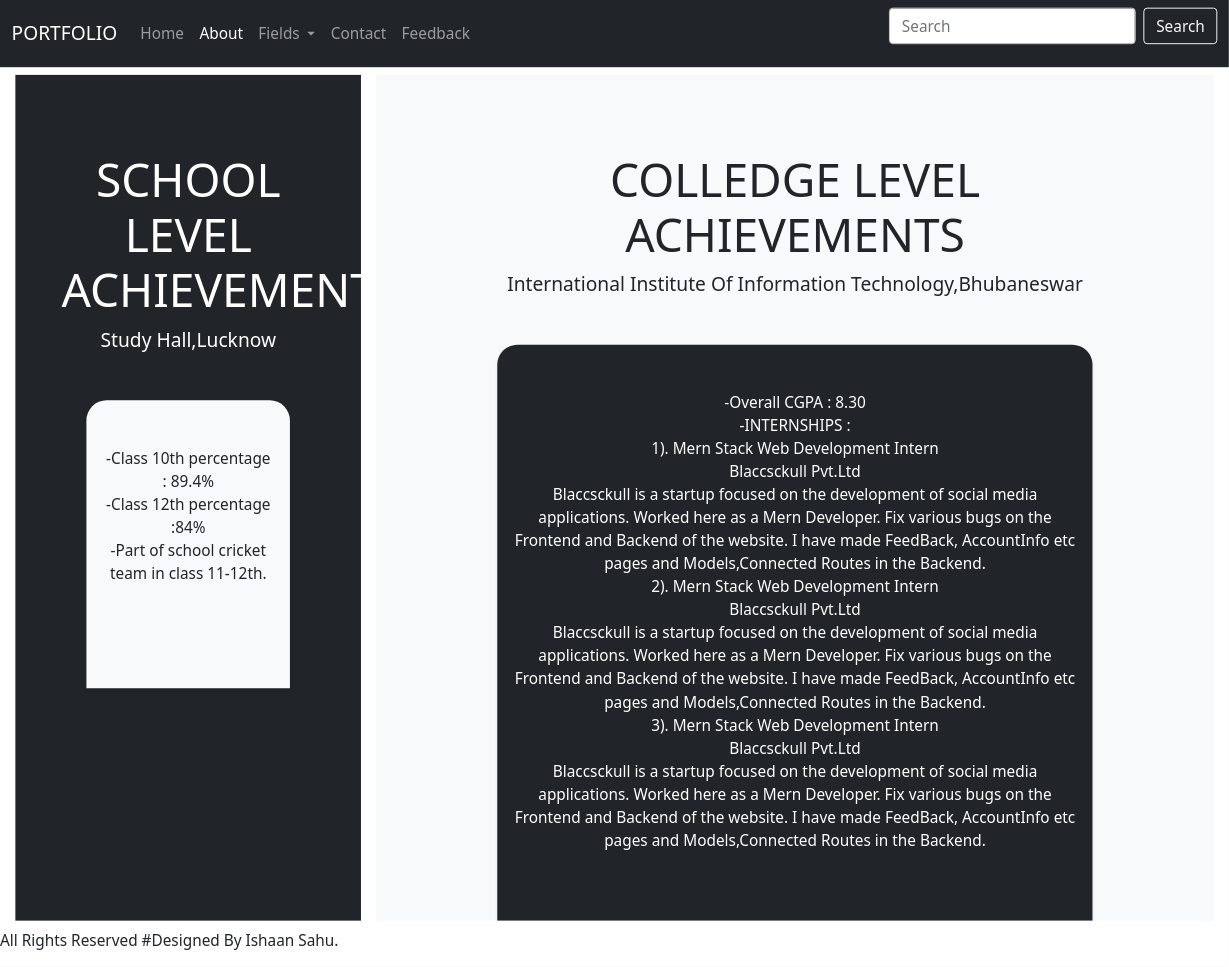
Repository: ishaan51551/Ishaan-s-Portfolio-
Page: about.html
The author's editor kept a copy of each file at every save. The page is drawn from the files as they stood at one save, then again after the next save.
The browser window is 1280 px wide. The pictures show the whole page, at 96% of full size.

Above is the page before, as saved 2023-09-13 16:08:29.

### about.html
</body>

</html>

<!doctype html>
<html lang="en">

<head>
  <!-- Required meta tags -->
  <meta charset="utf-8">
  <meta name="viewport" content="width=device-width, initial-scale=1">

  <!-- Bootstrap CSS -->
  <link href="https://cdn.jsdelivr.net/npm/bootstrap@5.1.1/dist/css/bootstrap.min.css" rel="stylesheet"
    integrity="sha384-F3w7mX95PdgyTmZZMECAngseQB83DfGTowi0iMjiWaeVhAn4FJkqJByhZMI3AhiU" crossorigin="anonymous">

  <title>Ishaan Sahu Portfolio</title>
</head>

<body>


  <!-- NAVBAR -->
  <nav class="navbar navbar-expand-lg navbar-dark bg-dark">
    <div class="container-fluid">
      <a class="navbar-brand" href="#">PORTFOLIO </a>
      <button class="navbar-toggler" type="button" data-bs-toggle="collapse" data-bs-target="#navbarSupportedContent"
        aria-controls="navbarSupportedContent" aria-expanded="false" aria-label="Toggle navigation">
        <span class="navbar-toggler-icon"></span>
      </button>
      <div class="collapse navbar-collapse" id="navbarSupportedContent">
        <ul class="navbar-nav me-auto mb-2 mb-lg-0">
          <li class="nav-item">
            <a class="nav-link " aria-current="page" href="index.html">Home</a>
          </li>
          <li class="nav-item">
            <a class="nav-link active" href="/about.html">About</a>
          </li>
          <li class="nav-item dropdown">
            <a class="nav-link dropdown-toggle" href="#" id="navbarDropdown" role="button" data-bs-toggle="dropdown"
              aria-expanded="false">
              Fields
            </a>
            <ul class="dropdown-menu" aria-labelledby="navbarDropdown">
              <li><a class="dropdown-item" href="programming.html">Programming</a></li>
              <li><a class="dropdown-item" href="webdev.html">Web Devlopment</a></li>
              <li>
                <hr class="dropdown-divider">
              </li>
              <li><a class="dropdown-item" href="extracurricular.html">Extra Curricular</a></li>
            </ul>
          </li>
          <li class="nav-item">
            <a class="nav-link " aria-current="page" href="contact.html">Contact</a>
          </li>

          <li class="nav-item">
            <a class="nav-link" href="feedback.html">Feedback</a>

          </li>

        </ul>
        <form class="d-flex">
          <input class="form-control me-2" type="search" placeholder="Search" aria-label="Search">
          <button class="btn btn-outline-light" type="submit">Search</button>

        </form>
      </div>
    </div>
  </nav>

  <!-- Optional JavaScript; choose one of the two! -->

  <!-- Option 1: Bootstrap Bundle with Popper -->
  <script src="https://cdn.jsdelivr.net/npm/bootstrap@5.1.1/dist/js/bootstrap.bundle.min.js"
    integrity="sha384-/bQdsTh/da6pkI1MST/rWKFNjaCP5gBSY4sEBT38Q/9RBh9AH40zEOg7Hlq2THRZ"
    crossorigin="anonymous"></script>



  <!-- boxes -->
  <div class="d-md-flex flex-md-equal w-100my-md-3 ps-md-3 my-2 justify-content-center align item center">
    <div class="bg-dark me-md-3 pt-3 px-3 pt-md-5 px-md-5 text-center text-white overflow-hidden">
      <div class="my-3 py-3 ">
        <h2 class="display-5">SCHOOL LEVEL ACHIEVEMENTS</h2>
        <p class="lead">Study Hall,Lucknow</p>
      </div>
      <div class="bg-light shadow-sm mx-auto" style="width: 80%; height: 300px; border-radius: 21px 21px 0 0;">
        <p class="dance text-dark overfow-hidden text-center px-3 py-5">-Class 10th percentage : 89.4%</br>
          -Class 12th percentage :84%</br>
          -Part of school cricket team in class 11-12th.<br>
        </p>

      </div>
    </div>
    <div class="bg-light me-md-3 pt-3 px-3 pt-md-5 px-md-5 text-center overflow-hidden">
      <div class="my-3 p-3">
        <h2 class="display-5">COLLEDGE LEVEL ACHIEVEMENTS</h2>
        <p class="lead">International Institute Of Information Technology,Bhubaneswar</p>
      </div>
      <div class="bg-dark shadow-sm mx-auto" style="width: 80%; height: 600px; border-radius: 21px 21px 0 0;">
        <p class="swing text-white text-center px-3 py-5">
          -Overall CGPA : 8.30</br>
          -INTERNSHIPS :</br>
          1). Mern Stack Web Development Intern<br>
          Blaccsckull Pvt.Ltd<br>
          Blaccsckull is a startup focused on the development of social media applications. Worked here as a Mern
          Developer.
          Fix various bugs on the Frontend and Backend of the website.
          I have made FeedBack, AccountInfo etc pages and Models,Connected Routes in the Backend.
          <br>
          2). Mern Stack Web Development Intern<br>
          Blaccsckull Pvt.Ltd<br>
          Blaccsckull is a startup focused on the development of social media applications. Worked here as a Mern
          Developer.
          Fix various bugs on the Frontend and Backend of the website.
          I have made FeedBack, AccountInfo etc pages and Models,Connected Routes in the Backend.
          <br>
          3). Mern Stack Web Development Intern<br>
          Blaccsckull Pvt.Ltd<br>
          Blaccsckull is a startup focused on the development of social media applications. Worked here as a Mern
          Developer.
          Fix various bugs on the Frontend and Backend of the website.
          I have made FeedBack, AccountInfo etc pages and Models,Connected Routes in the Backend.
        </p>
      </div>
    </div>
  </div>

  <!-- FOOTER  -->
  <footer class="blog-footer">
    <p>All Rights Reserved #Designed By Ishaan Sahu.</p>
    <p>

    </p>
  </footer>
</body>

</html>

After the next save:
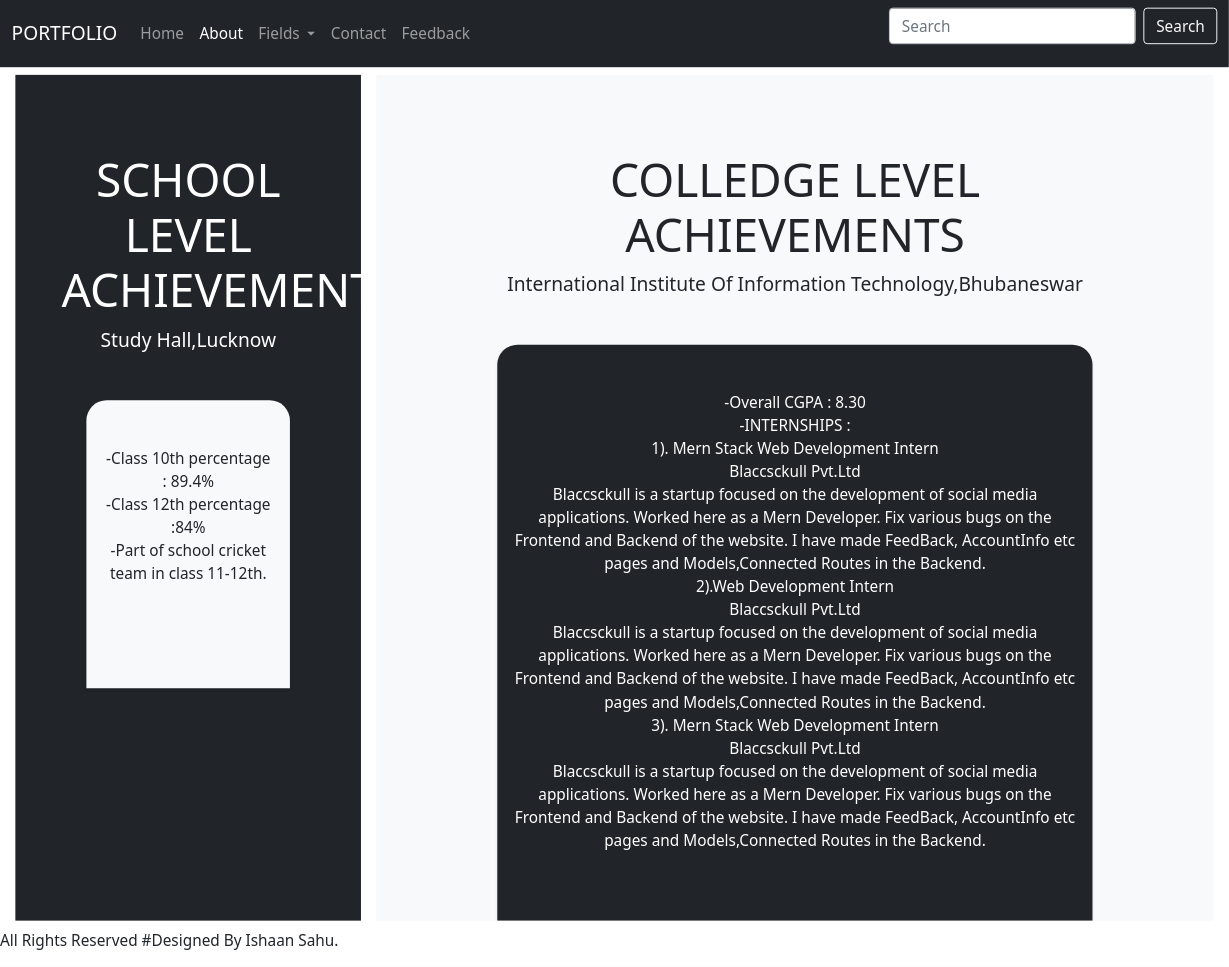
Saved 3 min 52 s later.
--- a/about.html
+++ b/about.html
@@ -109,7 +109,7 @@
           Fix various bugs on the Frontend and Backend of the website.
           I have made FeedBack, AccountInfo etc pages and Models,Connected Routes in the Backend.
           <br>
-          2). Mern Stack Web Development Intern<br>
+          2).Web Development Intern<br>
           Blaccsckull Pvt.Ltd<br>
           Blaccsckull is a startup focused on the development of social media applications. Worked here as a Mern
           Developer.
